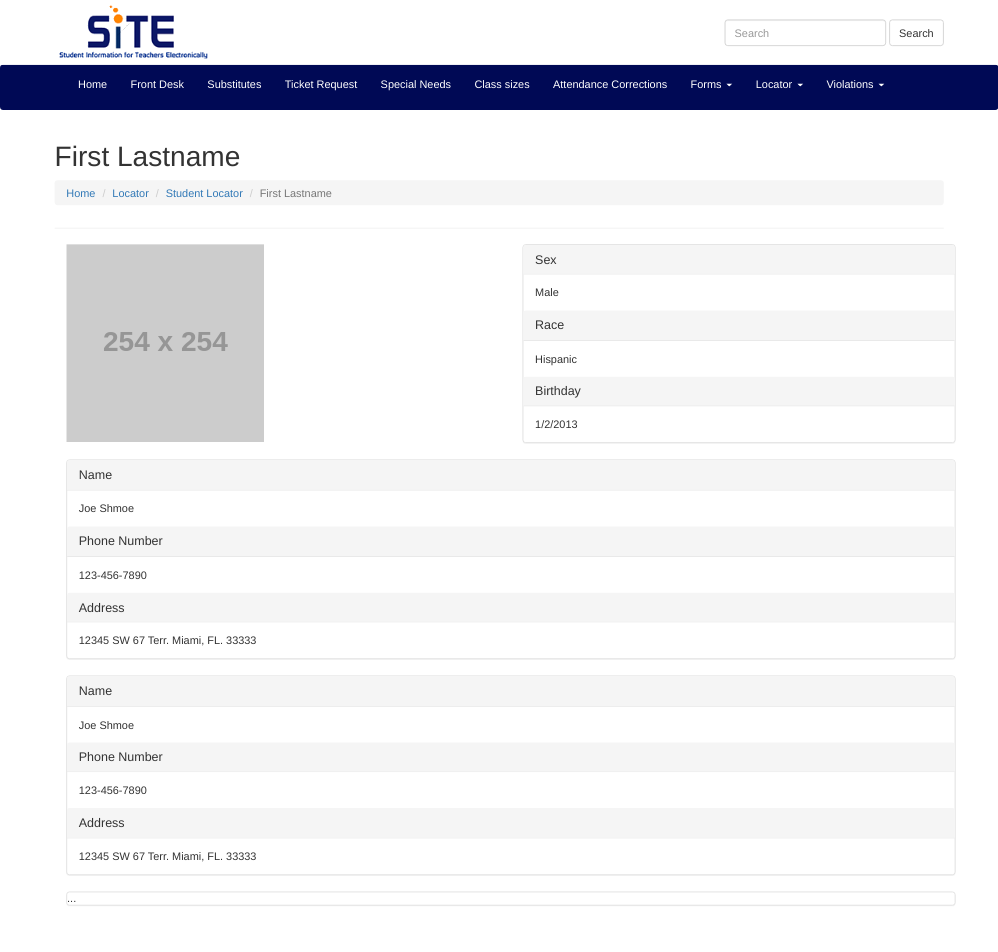
Repository: theFeez/S.I.T.E.
Page: workspace/student.html
The author's editor kept a record of every edit. The page is drawn from the files as they stood at one moment, then again after the next edit.
The browser window is 1280 px wide. The pictures show the whole page, at 78% of full size.
Some web libraries are served in a nearby version.

Above is the page before.

### workspace/student.html
<!DOCTYPE html>
<html lang="en">

<head>
  <meta charset="utf-8">
  <meta http-equiv="X-UA-Compatible" content="IE=edge">
  <meta name="viewport" content="width=device-width, initial-scale=1">
  <title>S.I.T.E</title>

  <!-- Bootstrap -->
  <link href="css/bootstrap.css" rel="stylesheet">

  <!--[if lt IE 9]>
      <script src="https://oss.maxcdn.com/html5shiv/3.7.2/html5shiv.min.js"></script>
      <script src="https://oss.maxcdn.com/respond/1.4.2/respond.min.js"></script>
    <![endif]-->
</head>

<body>
  <!-- Static header -->
  <div id="header">
    <nav class="navbar navbar-default navbar-white navbar-static-top">
      <div class="container">
        <div class="navbar-header">
          <a class="navbar-left" img="#"><img alt="Logo" src="images/site.png" class="logo"></a>
        </div>
        <form class="navbar-form navbar-right" role="search">
          <div class="form-group">
            <input type="text" class="form-control" placeholder="Search">
          </div>
          <button type="submit" class="btn btn-default">Search</button>
        </form>
      </div>
    </nav>
  </div>
  <div id="fixed">

  </div>
  <!-- Static navbar -->
  <nav class="navbar navbar-default nav_bar" style="margin-bottom:0">
    <div class="container">
      <div class="navbar-header">
        <button type="button" class="navbar-toggle collapsed" data-toggle="collapse" data-target="#bs-example-navbar-collapse-1" aria-expanded="false">
          <span class="sr-only">Toggle navigation</span>
          <span class="icon-bar"></span>
          <span class="icon-bar"></span>
          <span class="icon-bar"></span>
        </button>
        <div class="collapse navbar-collapse" id="bs-example-navbar-collapse-1">
          <ul class="nav navbar-nav">
            <!--HOME ACTIVE BTN--->
            <li><a href="main.html">Home </a></li>


            <!-- FRONT DESK BTN--->
            <li><a href="front_desk.html">Front Desk<span class="sr-only">(current)</span></a></li>

            <!-- SUBSTITUTE BTN--->
            <li><a href="substitutes.html">Substitutes</a></li>

            <!-- TICKET REQUEST BTN--->
            <li><a href="ticket_request.html">Ticket Request</a></li>

            <!-- SPECIAL NEEDS BTN--->
            <li><a href="special_needs.html">Special Needs</a></li>

            <!-- CLASS SIZE BTN--->
            <li><a href="class_sizes.html">Class sizes</a></li>

            <!-- ATTENDANCE CORRECTIONS BTN--->
            <li><a href="attendance_corrections.html">Attendance Corrections</a></li>

            <!-- FORMS DROPDOWN--->
            <li class="dropdown">
              <a href="#" class="dropdown-toggle" data-toggle="dropdown" role="button" aria-haspopup="true" aria-expanded="false">Forms <span class="caret"></span></a>
              <ul class="dropdown-menu">
                <li><a href="fieldtrip.html">Fieldtrip</a></li>
                <li><a href="prom_release.html">Prom Release</a></li>
                <li><a href="audit.html">Audit</a></li>
                <li role="separator" class="divider"></li>
                <li><a href="miscellaneous.html">Miscellaneous</a></li>
              </ul>

              <!-- FORMS DROPDOWN--->
              <li class="dropdown">
                <a href="#" class="dropdown-toggle" data-toggle="dropdown" role="button" aria-haspopup="true" aria-expanded="false">Locator <span class="caret"></span></a>
                <ul class="dropdown-menu">
                  <li><a href="student_locator.html">Student Locator</a></li>
                  <li><a href="teacher_locator.html">Teacher Locator</a></li>
                </ul>
              </li>
            <!-- VIOLATIONS BTN--->
              <li class="dropdown">
                <a href="#" class="dropdown-toggle" data-toggle="dropdown" role="button" aria-haspopup="true" aria-expanded="false">Violations <span class="caret"></span></a>
                <ul class="dropdown-menu">
                  <li><a href="uniform_violation.html">Uniform Violation</a></li>
                  <li><a href="detention.html">Detention</a></li>
                  <li><a href="suspension.html">Suspension</a></li>
                </ul>
              </li>
          </ul>
        </div>
      </div>
    </div>
  </nav>

  <div class="container">
    <div class="page-header">
      <h1>First Lastname</h1>
      <ol class="breadcrumb">
        <li><a href="#">Home</a></li>
        <li><a href="#">Locator</a></li>
        <li><a href="#">Student Locator</a></li>
        <li class="active">First Lastname</li>
      </ol>
    </div>
    <div class="container">
      <div class="row">
        <div class="col-xs-6">
          <img src="https://placehold.it/254x254">
        </div>
        <div class="col-xs-6">
            <div class="panel panel-default">
              <div class="panel-heading">
                <h3 class="panel-title">Sex</h3>
              </div>
              <div class="panel-body">
                Male
              </div>
              <div class="panel-heading">
                <h3 class="panel-title">Race</h3>
              </div>
              <div class="panel-body">
                Hispanic
              </div>
              <div class="panel-heading">
                <h3 class="panel-title">Birthday</h3>
              </div>
              <div class="panel-body">
                1/2/2013
              </div>
            </div>
          </div>
          <div class="col-xs-6 col-sm-4">

        </div>

      </div> <!---End of Row 1-->

      <div class="row">
        <div class="col-md-12">
            <div class="panel panel-default">
              <div class="panel-heading">
                <h3 class="panel-title">Name</h3>
              </div>
              <div class="panel-body">
                Joe Shmoe
              </div>
              <div class="panel-heading">
                <h3 class="panel-title">Phone Number</h3>
              </div>
              <div class="panel-body">
                123-456-7890
              </div>
              <div class="panel-heading">
                <h3 class="panel-title">Address</h3>
              </div>
              <div class="panel-body">
                12345 SW 67 Terr. Miami, FL. 33333
              </div>
            </div>
          </div>
          <div class="col-xs-6 col-sm-4">

        </div>

      </div> <!--- End of Row2 -->

      <div class="row">
        <div class="col-md-12">
            <div class="panel panel-default">
              <div class="panel-heading">
                <h3 class="panel-title">Name</h3>
              </div>
              <div class="panel-body">
                Joe Shmoe
              </div>
              <div class="panel-heading">
                <h3 class="panel-title">Phone Number</h3>
              </div>
              <div class="panel-body">
                123-456-7890
              </div>
              <div class="panel-heading">
                <h3 class="panel-title">Address</h3>
              </div>
              <div class="panel-body">
                12345 SW 67 Terr. Miami, FL. 33333
              </div>
            </div>
          </div>
          <div class="col-xs-6 col-sm-4">

        </div>

      </div> <!--- End of Row2 -->

      <div class="panel panel-default">
  <!-- Default panel contents -->

  <!-- Table -->
  <table class="table">
    ...
  </table>
</div>

    </div>

  <!-- jQuery (necessary for Bootstrap's JavaScript plugins) -->
  <script src="https://ajax.googleapis.com/ajax/libs/jquery/1.11.3/jquery.min.js"></script>
  <script src="script.js"></script>
  <!-- Include all compiled plugins (below), or include individual files as needed -->
  <script src="js/bootstrap.min.js"></script>
</body>
</html>

### workspace/script.js
    $(function () {
		function closeSearch() {
            var $form = $('.navbar-collapse form[role="search"].active')
    		$form.find('input').val('');
			$form.removeClass('active');
		}

		// Show Search if form is not active // event.preventDefault() is important, this prevents the form from submitting
		$(document).on('click', '.navbar-collapse form[role="search"]:not(.active) button[type="submit"]', function(event) {
			event.preventDefault();
			var $form = $(this).closest('form'),
				$input = $form.find('input');
			$form.addClass('active');
			$input.focus();
		});
		// ONLY FOR DEMO // Please use $('form').submit(function(event)) to track from submission
		// if your form is ajax remember to call `closeSearch()` to close the search container
		$(document).on('click', '.navbar-collapse form[role="search"].active button[type="submit"]', function(event) {
			event.preventDefault();
			var $form = $(this).closest('form'),
				$input = $form.find('input');
			$('#showSearchTerm').text($input.val());
            closeSearch()
		});
    });

    // fixes the navbar thing to stick to top
    $(document).ready(function() {
  $(window).scroll(function () {

      //if you hard code, then use console
      //.log to determine when you want the
      //nav bar to stick.
    if ($(window).scrollTop() > 71) {
    	$('#fixed').show();
      $('.nav_bar').addClass('navbar-fixed-top');
    }

    if ($(window).scrollTop() < 71) {
    	$('#fixed').hide();
      $('.nav_bar').removeClass('navbar-fixed-top');
    }
  });
});


//smooth scroll to top
$("#homebtn").click(function() {
    $('html, body').animate({
        scrollTop: $("#header").offset().top
    }, 500);
});

//promt for password to exsit front desk kiosk
function passWord() {
var testV = 1;
var pass1 = prompt('Please Enter The Password',' ');
while (testV < 2) {
if (!pass1)
window.open("front_desk.html","_self");
if (pass1.toLowerCase() == "admin") {
window.open("main.html","_self");
break;
}
testV+=1;
var pass1 =
prompt('Access Denied - Password Incorrect, Please Try Again.','Password');
}
if (pass1.toLowerCase()!="password" & testV ==3)
history.go(-1);
return " ";
}

//for PTSA Page
var tabbed ="shop";
$("#donate").click(function(){
    $("#shopbody").hide();
    $("#paybody").hide();
    $("#"+tabbed).removeClass('active');
    $("#donate").addClass('active');
    $("#donatebody").show();
    tabbed="donate";
});

$("#payment").click(function(){
    $("#shopbody").hide();
    $("#donatebody").hide();
    $("#"+tabbed).removeClass('active');
    $("#payment").addClass('active');
    $("#paybody").show();
    tabbed="payment";
});

$("#shop").click(function(){
    $("#donatebody").hide();
    $("#paybody").hide();
    $("#"+tabbed).removeClass('active');
    $("#shopbody").show();
    $("#shop").addClass('active');
    tabbed="shop";
});

 function paygood(){
    $("#paybanner").fadeIn(1000).delay(2000).fadeOut(3000);
}

Loaded but not shown: workspace/css/bootstrap.css (library); workspace/js/bootstrap.min.js (library)

After the next edit:
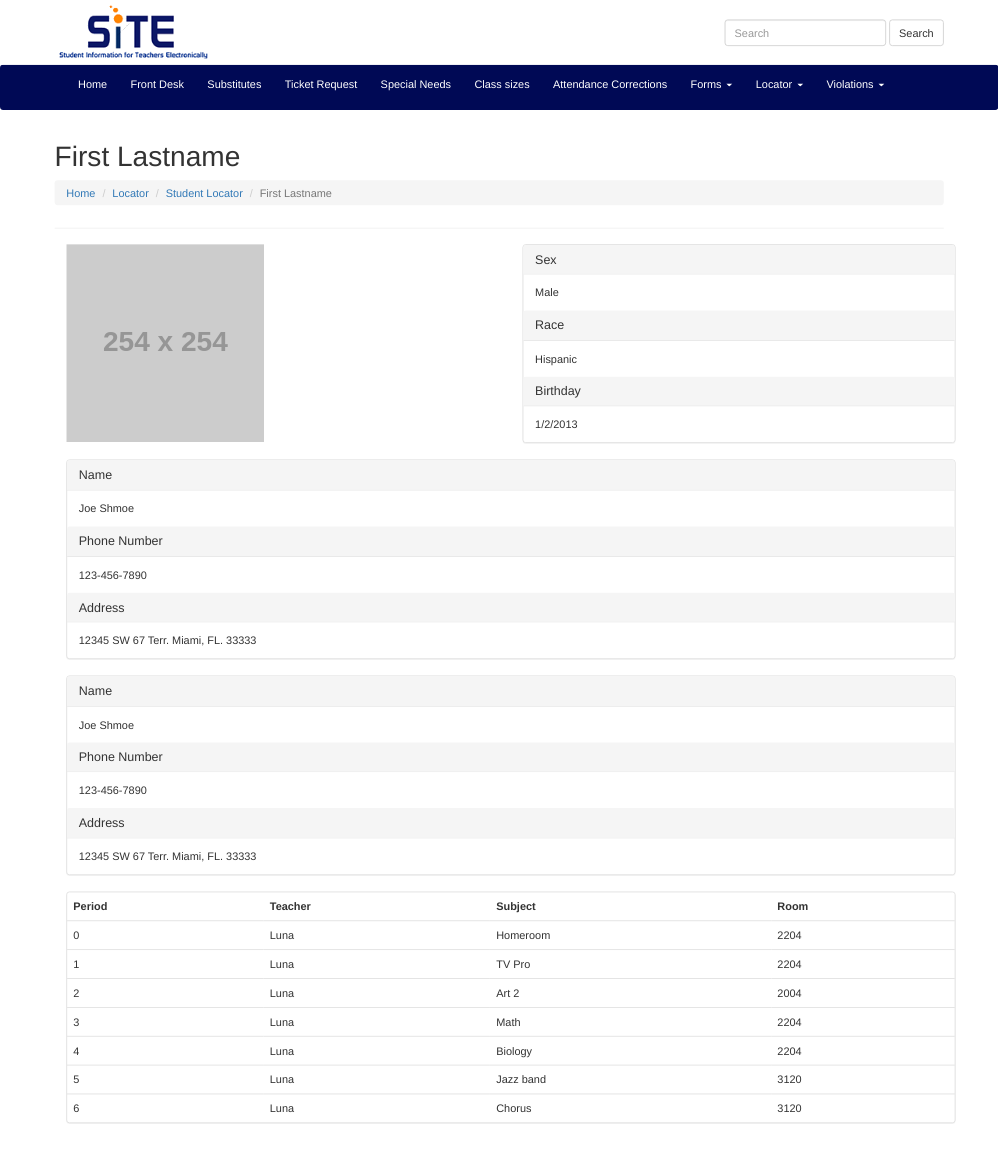
The edit:
--- a/workspace/student.html
+++ b/workspace/student.html
@@ -210,7 +210,54 @@
 
   <!-- Table -->
   <table class="table">
-    ...
+    <tr>
+    <th>Period</th>
+    <th>Teacher</th>
+    <th>Subject</th>
+    <th>Room</th>
+  </tr>
+  <tr>
+    <td>0</td>
+    <td>Luna</td>
+    <td>Homeroom</td>
+    <td>2204</td>
+  </tr>
+  <tr>
+    <td>1</td>
+    <td>Luna</td>
+    <td>TV Pro</td>
+    <td>2204</td>
+  </tr>
+  <tr>
+    <td>2</td>
+    <td>Luna</td>
+    <td>Art 2</td>
+    <td>2004</td>
+  </tr>
+  <tr>
+    <td>3</td>
+    <td>Luna</td>
+    <td>Math</td>
+    <td>2204</td>
+  </tr>
+  <tr>
+    <td>4</td>
+    <td>Luna</td>
+    <td>Biology</td>
+    <td>2204</td>
+  </tr>
+  <tr>
+    <td>5</td>
+    <td>Luna</td>
+    <td>Jazz band</td>
+    <td>3120</td>
+  </tr>
+  <tr>
+    <td>6</td>
+    <td>Luna</td>
+    <td>Chorus</td>
+    <td>3120</td>
+  </tr>
   </table>
 </div>
 
